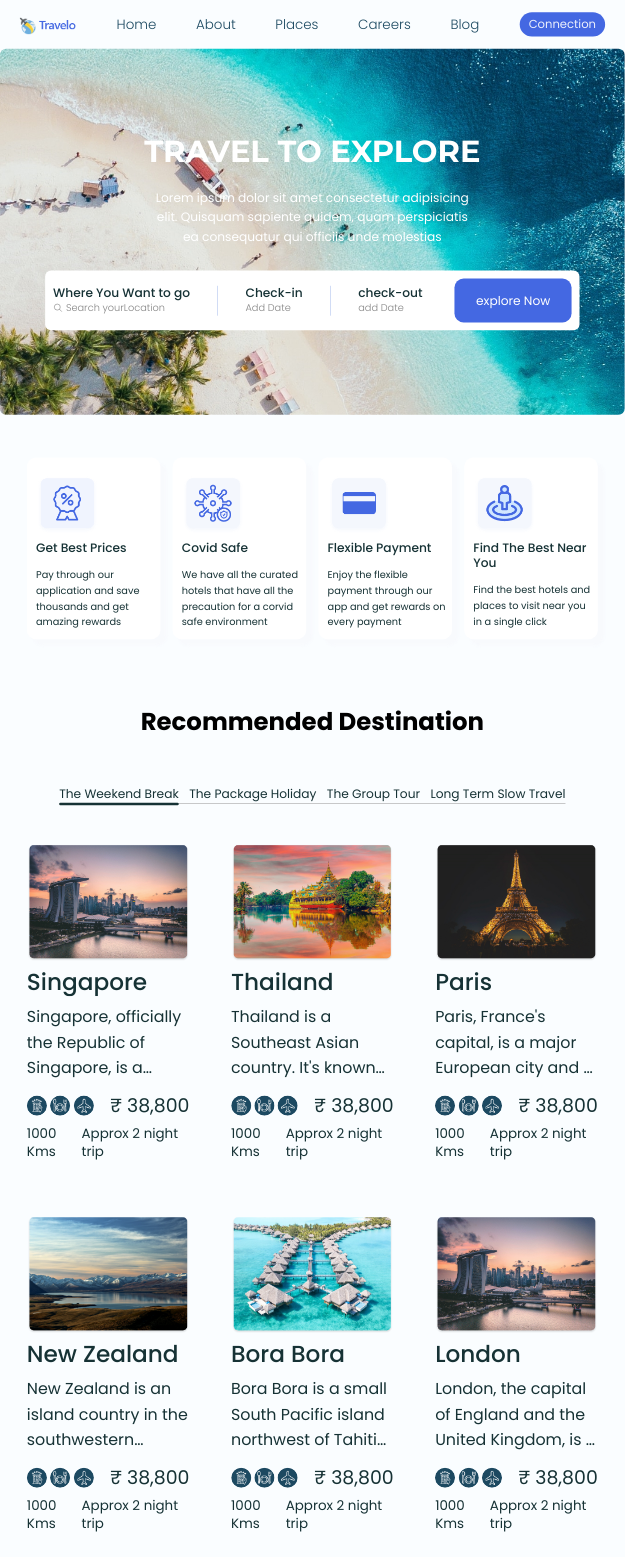
Repository: kuluong2000/travel
Page: index.html
An editor plug-in stored every save of this project. The page is shown before and after the next save, followed by the edit.
The browser window is 1024 px wide. The pictures show the whole page, at 61% of full size.
The style sheet was rebuilt from its Sass, Less or Tailwind sources for each picture, by a compiler version that may differ from the author's.

Above is the page before, as saved 2021-09-09 22:03:26.

### index.html
<!DOCTYPE html>
<html lang="en">
  <head>
    <meta charset="UTF-8" />
    <meta http-equiv="X-UA-Compatible" content="IE=edge" />
    <meta name="viewport" content="width=device-width, initial-scale=1.0" />
    <link rel="stylesheet" href="./libs/css/bootstrap.min.css" />
    <link rel="stylesheet" href="./libs/css/animate.css" />
    <link rel="stylesheet" href="./libs/css/slick-theme.css" />
    <link rel="stylesheet" href="./libs/css/slick.css" />
    <link rel="stylesheet" href="./assets/css/reset.css" />
    <link rel="stylesheet" href="./assets/css/style.css" />
    <link rel="stylesheet" href="./assets/css/responsive.css" />
    <title>Document</title>
  </head>
  <body>
    <header class="header">
      <div class="container">
        <div class="row">
          <div class="header__main">
            <div class="header__logo">
              <a href="/">
                <img src="./assets/image/logo.png" alt="" srcset="" />
              </a>
            </div>
            <div class="sub-menu">
              <div class="line1"></div>
              <div class="line2"></div>
              <div class="line3"></div>
            </div>
            <nav>
              <ul class="header__menu">
                <li class="header__menu__item">
                  <a class="header__mennu__item__link" href="/">Home</a>
                </li>
                <li class="header__menu__item">
                  <a class="header__mennu__item__link" href="/">About</a>
                </li>
                <li class="header__menu__item">
                  <a class="header__mennu__item__link" href="/">Places</a>
                </li>
                <li class="header__menu__item">
                  <a class="header__mennu__item__link" href="/">Careers</a>
                </li>
                <li class="header__menu__item">
                  <a class="header__mennu__item__link" href="/">Blog</a>
                </li>
              </ul>
            </nav>
            <a href="#" class="header__conn"> Connection </a>
          </div>
        </div>
      </div>
    </header>
    <main>
      <section class="banner">
        <div class="container">
          <div class="row">
            <div class="banner__main">
              <div class="banner__main__top">
                <h1 class="banner__main__title">Travel To explore</h1>
                <p class="banner__main__desc">Lorem ipsum dolor sit amet consectetur adipisicing elit. Quisquam sapiente quidem, quam perspiciatis ea consequatur qui officiis unde molestias</p>
              </div>
              <div class="banner__main__bottom">
                <div class="banner__main_list">
                  <div class="banner__main__item">
                    <h4 class="banner__main__item__caption">Where You Want to go</h4>
                    <a href="/" class="banner__main__item__desc">
                      <ion-icon name="search-outline" class="banner__main__item__desc--icon"> </ion-icon>
                      <p>Search yourLocation</p>
                    </a>
                  </div>
                  <div class="banner__main__item">
                    <h4 class="banner__main__item__caption">Check-in</h4>
                    <a href="/" class="banner__main__item__desc">Add Date</a>
                  </div>
                  <div class="banner__main__item">
                    <h4 class="banner__main__item__caption">check-out</h4>
                    <a href="/" class="banner__main__item__desc">add Date</a>
                  </div>
                </div>
                <a href="/" class="banner__btn"> explore Now</a>
              </div>
            </div>
          </div>
        </div>
      </section>
      <section class="about">
        <div class="container">
          <div class="row">
            <div class="about__main">
              <div class="about__item">
                <img src="./assets/image/bestPrices.png" alt="" class="about__item--img" />
                <div class="about__item__info">
                  <h4 class="about__item--title">Get Best Prices</h4>
                  <p class="about__item--desc">Pay through our application and save thousands and get amazing rewards</p>
                </div>
              </div>
              <div class="about__item">
                <img src="./assets/image/covidSafe.png" alt="" class="about__item--img" />
                <div class="about__item__info">
                  <h4 class="about__item--title">Covid Safe</h4>
                  <p class="about__item--desc">We have all the curated hotels that have all the precaution for a corvid safe environment</p>
                </div>
              </div>

              <div class="about__item">
                <img src="./assets/image/payment.png" alt="" class="about__item--img" />
                <div class="about__item__info">
                  <h4 class="about__item--title">Flexible Payment</h4>
                  <p class="about__item--desc">Enjoy the flexible payment through our app and get rewards on every payment</p>
                </div>
              </div>
              <div class="about__item">
                <img src="./assets/image/nearYou.png" alt="" class="about__item--img" />
                <div class="about__item__info">
                  <h4 class="about__item--title">Find The Best Near You</h4>
                  <p class="about__item--desc">Find the best hotels and places to visit near you in a single click</p>
                </div>
              </div>
            </div>
          </div>
        </div>
      </section>
      <section class="destination">
        <div class="container">
          <div class="row">
            <h2 class="destination__title">Recommended Destination</h2>
            <div class="destination__menu">
              <ul class="nav nav-pills d-flex justify-content-between" id="pills-tab" role="tablist">
                <li class="nav-item destination__menu__item" role="presentation">
                  <button class="nav-link destination__menu__link active" id="pills-home-tab" data-bs-toggle="pill" data-bs-target="#pills-home" type="button" role="tab" aria-controls="pills-home" aria-selected="true">The Weekend Break</button>
                </li>
                <li class="nav-item destination__menu__item" role="presentation">
                  <button class="nav-link destination__menu__link" id="pills-profile-tab" data-bs-toggle="pill" data-bs-target="#pills-profile" type="button" role="tab" aria-controls="pills-profile" aria-selected="false">The Package Holiday</button>
                </li>
                <li class="nav-item destination__menu__item" role="presentation">
                  <button class="nav-link destination__menu__link" id="pills-contact-tab" data-bs-toggle="pill" data-bs-target="#pills-contact" type="button" role="tab" aria-controls="pills-contact" aria-selected="false">The Group Tour</button>
                </li>
                <li class="nav-item destination__menu__item" role="presentation">
                  <button class="nav-link destination__menu__link" id="pills-contact-tab" data-bs-toggle="pill" data-bs-target="#pills-contact" type="button" role="tab" aria-controls="pills-contact" aria-selected="false">
                    Long Term Slow Travel
                  </button>
                </li>
              </ul>
            </div>
            <div class="tab-content" id="pills-tabContent">
              <div class="tab-pane fade show active" id="pills-home" role="tabpanel" aria-labelledby="pills-home-tab">
                <div class="destination__cards">
                  <div class="destination__card">
                    <img src="./assets/image/Singapore.png" alt="" class="destination__card__img" />
                    <div class="destination__card__content">
                      <div class="destination__card__top">
                        <h4 class="destination__card__top__name">Singapore</h4>
                        <p class="destination__card__top__desc">Singapore, officially the Republic of Singapore, is a sovereign island city-state in maritime Southeast Asia.</p>
                      </div>
                      <div class="destination__card__bottom">
                        <div class="destination__card__bottom__service">
                          <div class="destination__card__bottom__service__img">
                            <img src="./assets/image/destination_icon1.png" alt="" />
                            <img src="./assets/image/destination_icon2.png" alt="" />
                            <img src="./assets/image/destination_icon3.png" alt="" />
                          </div>
                          <p class="destination__card__bottom__service__price"><span>₹ </span> 38,800</p>
                        </div>
                        <div class="destination__card__bottom__info">
                          <p>1000 <span>Kms</span></p>
                          <p>Approx 2 night trip</p>
                        </div>
                      </div>
                    </div>
                  </div>
                  <div class="destination__card">
                    <img src="./assets/image/Thailand.png" alt="" class="destination__card__img" />
                    <div class="destination__card__content">
                      <div class="destination__card__top">
                        <h4 class="destination__card__top__name">Thailand</h4>
                        <p class="destination__card__top__desc">Thailand is a Southeast Asian country. It's known for tropical beaches, opulent royal palaces.</p>
                      </div>
                      <div class="destination__card__bottom">
                        <div class="destination__card__bottom__service">
                          <div class="destination__card__bottom__service__img">
                            <img src="./assets/image/destination_icon1.png" alt="" />
                            <img src="./assets/image/destination_icon2.png" alt="" />
                            <img src="./assets/image/destination_icon3.png" alt="" />
                          </div>
                          <p class="destination__card__bottom__service__price"><span>₹ </span> 38,800</p>
                        </div>
                        <div class="destination__card__bottom__info">
                          <p>1000 <span>Kms</span></p>
                          <p>Approx 2 night trip</p>
                        </div>
                      </div>
                    </div>
                  </div>
                  <div class="destination__card">
                    <img src="./assets/image/Paris.png" alt="" class="destination__card__img" />
                    <div class="destination__card__content">
                      <div class="destination__card__top">
                        <h4 class="destination__card__top__name">Paris</h4>
                        <p class="destination__card__top__desc">Paris, France's capital, is a major European city and a global center for art, fashion, gastronomy and culture.</p>
                      </div>
                      <div class="destination__card__bottom">
                        <div class="destination__card__bottom__service">
                          <div class="destination__card__bottom__service__img">
                            <img src="./assets/image/destination_icon1.png" alt="" />
                            <img src="./assets/image/destination_icon2.png" alt="" />
                            <img src="./assets/image/destination_icon3.png" alt="" />
                          </div>
                          <p class="destination__card__bottom__service__price"><span>₹ </span> 38,800</p>
                        </div>
                        <div class="destination__card__bottom__info">
                          <p>1000 <span>Kms</span></p>
                          <p>Approx 2 night trip</p>
                        </div>
                      </div>
                    </div>
                  </div>
                  <div class="destination__card">
                    <img src="./assets/image/New Zealand.png" alt="" class="destination__card__img" />
                    <div class="destination__card__content">
                      <div class="destination__card__top">
                        <h4 class="destination__card__top__name">New Zealand</h4>
                        <p class="destination__card__top__desc">New Zealand is an island country in the southwestern Pacific Ocean. It consists of two main landmasses.</p>
                      </div>
                      <div class="destination__card__bottom">
                        <div class="destination__card__bottom__service">
                          <div class="destination__card__bottom__service__img">
                            <img src="./assets/image/destination_icon1.png" alt="" />
                            <img src="./assets/image/destination_icon2.png" alt="" />
                            <img src="./assets/image/destination_icon3.png" alt="" />
                          </div>
                          <p class="destination__card__bottom__service__price"><span>₹ </span> 38,800</p>
                        </div>
                        <div class="destination__card__bottom__info">
                          <p>1000 <span>Kms</span></p>
                          <p>Approx 2 night trip</p>
                        </div>
                      </div>
                    </div>
                  </div>
                  <div class="destination__card">
                    <img src="./assets/image/Bora Bora.png" alt="" class="destination__card__img" />
                    <div class="destination__card__content">
                      <div class="destination__card__top">
                        <h4 class="destination__card__top__name">Bora Bora</h4>
                        <p class="destination__card__top__desc">Bora Bora is a small South Pacific island northwest of Tahiti in French Polynesia. Surrounded by sand.</p>
                      </div>
                      <div class="destination__card__bottom">
                        <div class="destination__card__bottom__service">
                          <div class="destination__card__bottom__service__img">
                            <img src="./assets/image/destination_icon1.png" alt="" />
                            <img src="./assets/image/destination_icon2.png" alt="" />
                            <img src="./assets/image/destination_icon3.png" alt="" />
                          </div>
                          <p class="destination__card__bottom__service__price"><span>₹ </span> 38,800</p>
                        </div>
                        <div class="destination__card__bottom__info">
                          <p>1000 <span>Kms</span></p>
                          <p>Approx 2 night trip</p>
                        </div>
                      </div>
                    </div>
                  </div>
                  <div class="destination__card">
                    <img src="./assets/image/London.png" alt="" class="destination__card__img" />
                    <div class="destination__card__content">
                      <div class="destination__card__top">
                        <h4 class="destination__card__top__name">London</h4>
                        <p class="destination__card__top__desc">London, the capital of England and the United Kingdom, is a 21st-century city with history stretching.</p>
                      </div>
                      <div class="destination__card__bottom">
                        <div class="destination__card__bottom__service">
                          <div class="destination__card__bottom__service__img">
                            <img src="./assets/image/destination_icon1.png" alt="" />
                            <img src="./assets/image/destination_icon2.png" alt="" />
                            <img src="./assets/image/destination_icon3.png" alt="" />
                          </div>
                          <p class="destination__card__bottom__service__price"><span>₹ </span> 38,800</p>
                        </div>
                        <div class="destination__card__bottom__info">
                          <p>1000 <span>Kms</span></p>
                          <p>Approx 2 night trip</p>
                        </div>
                      </div>
                    </div>
                  </div>
                </div>
              </div>
              <div class="tab-pane fade" id="pills-profile" role="tabpanel" aria-labelledby="pills-profile-tab">...</div>
              <div class="tab-pane fade" id="pills-contact" role="tabpanel" aria-labelledby="pills-contact-tab">...</div>
            </div>
          </div>
        </div>
      </section>
    </main>

    <script src="./libs/Js/jquery-3.5.1.slim.min.js"></script>
    <script type="module" src="https://unpkg.com/ionicons@5.5.2/dist/ionicons/ionicons.esm.js"></script>
    <script nomodule src="https://unpkg.com/ionicons@5.5.2/dist/ionicons/ionicons.js"></script>
    <script src="./libs/Js/bootstrap.min.js"></script>
    <script src="./libs/Js/slick.min.js"></script>
    <script src="./libs/Js/wow.js"></script>
    <script src="./assets/Js/main.js"></script>
  </body>
</html>

### assets/css/responsive.css

@media (min-width:1920px){
    .container{
        max-width: 1804px;
    }
}
@media (min-width:1400px) and (max-width:1919px){
    .about {
        padding: 115px 0px;
    }
    .about__main {
        grid-column-gap: 30px;

    }
    .about__item {
      padding: 29px 30px 25px 26px;
    }

    /* destination */
    .destination {
         padding: 70px 0;
    }
    .destination__cards {
        grid-gap: 90px 55px;

    }
    .destination__card__top__desc {
        font-size: 24px
    }
    .destination__card__bottom__service__price {
        font-size: 27px;
    }
}
@media (min-width:1200px) and (max-width:1399px){
    .about {
        padding: 100px 0px;
    }
    .about__main {
        grid-column-gap: 30px;
    }

    .about__item--desc {
      font-size: 18px;
    }
    .about__item:first-child {
        padding: 20px 23px 13px 20px;
    }
    .about__item:nth-child(2) {
        padding: 29px 10px 25px 20px;
    }
    .about__item:nth-child(3) {
     padding: 29px 14px 25px 20px;
    }
    .about__item:last-child {
        padding: 29px 20px 10px 20px;
    }
    /* destinaton */
    .destination {
        padding: 50px 0;
    }
    .destination__menu {
         width: 990px;
    }
    .destination__menu__link {
        font-size: 22px;
    }
    .destination__cards {
        grid-gap: 90px 50px;
    }
    .destination__card__top__name {
         font-size: 35px;
    }
    .destination__card__top__desc {
        font-size: 22px;
    }
    .destination__card__bottom__service__img img {
        width: 30px;
        height: 30px;
    }
    .destination__card__bottom__service__price {
         font-size: 25px;
    }
    .destination__card__bottom__info {
        font-size: 20px;
    }
}
@media (min-width:992px) and (max-width:1199px){
    .header__menu__item:not(:first-child) {
        margin-left: 65px;
    }
    .about {
        padding: 70px 0;
    }
    .about__main {

        grid-column-gap: 20px;
    }
    .about__item:first-child,
    .about__item:nth-child(2),
    .about__item:nth-child(3),
    .about__item:last-child {
        padding: 29px 10px 15px 15px;
    }
    .about__item--desc {
        font-size: 16px;
    }
    .about__item--title {
        font-size: 20px;
    }
    /* destination */
    .destination {
        padding: 40px 0;
    }
    .destination__menu {
        width: 830px;
    }
    .destination__menu__link {

        font-size: 20px;

    }
}
@media (min-width:768px) and (max-width:991px){
    .header__menu__item:not(:first-child) {
        margin-left: 25px;
    }
    .header__conn {

        font-size: 16px;
        padding: 3px 10px;
    }
    /* banner */
    .header__mennu__item__link {
        font-size: 20px;
    }
    .banner {
        min-height: 450px;
    }
    .banner__main__item:not(:last-child) {
        margin-right: 15px;
        padding-right: 10px;
    }
    .banner__main__title {
        font-size: 30px;
    }
    .banner__main__desc {
        width: 70%;
        margin-bottom: 20px;
    }
    .banner__main__bottom {
        width: 85%;
        padding: 13px;
        margin: 0 auto;
    }
    .banner__btn {
        padding: 10px 15px;
    }
    .banner__main__item__caption {
        font-size: 18px;
    }
    /* about */
    .about {
         padding: 50px;
    }
    .about__main {
        grid-template-columns: repeat(2, 1fr);
        grid-column-gap: 30px;
        grid-row-gap: 30px;
    }

    .about__item:first-child {
        padding: 29px 30px 21px 26px;
    }

    .about__item:nth-child(2) {
        padding: 29px 18px 25px 15px;
    }
    .about__item--title {
         font-size: 20px;
      }
}
@media  (max-width:767px){
    .container{
        max-width: 100%;
        padding: 0 1.5%;
        margin:0 ;
    }

    .header__main {
        padding: 10px;
    }
    .header__menu {
        position: absolute;
        flex-direction: column;
        background: #1C4961;
        width: 100%;
        height: 100vh;
        left: 0;
        top: 50px;
        transition: 0.5s ;
        transform: translateX(-100%);
        justify-content: unset;
        z-index: 999;
    }
    .header__menu.active{
        transform: translateX(0);
    }
    .header__mennu__item__link {
        color: white;;
    }
    .sub-menu{
        display: block;
        left: 90%;
        top: 50%;
        transform: translate(-50%,-50%);
    }
    .header__menu__item:not(:first-child) {
        margin-left: 0;
    }
    .header__menu__item{
        margin-top: 30px;
    }
    .header__conn {
        font-size: 14px;
        position: absolute;
        padding: 3px 10px;
        right: 20%;
    }
    /* banner */
    .banner {
         min-height: 40vh;
    }
    .banner__main__bottom {
         display: none;
    }
    .banner__main__title {
        font-size: 5vw;
    }
    .banner__main__desc {
        width: 90vw;
        margin-bottom: 20px;
        font-size: 3vw;
    }
    /* about */
    .about {
        padding: 40px 0;
    }
    .about__main {
        grid-template-columns: repeat(1, 1fr);
        grid-row-gap: 10px;
    }
    .about__item--img {
        width: 70px;
        height: auto;
    }
    .about__item--title {
        font-size: 18px;
        margin-bottom: 10px;
    }
    .about__item--desc {
         font-size: 16px;
    }
    .about__item:first-child,
    .about__item:nth-child(2),
    .about__item:nth-child(3),
    .about__item:last-child {
        padding: 25px 10px 15px 20px;
    }

}

### assets/sass/style.scss
@import "global";
@import "variable";
@import "header";
@import "banner";
@import "about";
@import "destination";

### assets/sass/_global.scss
@import url('https://fonts.googleapis.com/css2?family=Montserrat:wght@300;400;500;600;700;800;900&family=Poppins:wght@300;400;500;600;700;800;900&display=swap');
*{
    padding: 0;
    margin: 0;
    box-sizing: border-box;
}
body{
    font-family: 'Poppins', sans-serif;
    line-height: 1.6;
    font-size: 20px;
    // background-color: rgb(247,248,252);
    background-color: #FAFDFF;
    color: #163235;
}

### assets/sass/_variable.scss
$color-white:#FFFFFF;
$color-dark-blue:#1C4961;

$color-blue:#4468E2;
$color-light-blue:#E1E8F8;
$color-black:#000000;
$color-text:#163235;
$color-gray:#848484

Loaded but not shown: libs/css/bootstrap.min.css (library); libs/css/animate.css (library); libs/css/slick-theme.css (library); libs/css/slick.css (common file); libs/Js/jquery-3.5.1.slim.min.js (library); libs/Js/bootstrap.min.js (library); libs/Js/slick.min.js (library); libs/Js/wow.js (library); assets/Js/main.js (6 lines, source omitted); assets/sass/_destination.scss (116 lines, source omitted); assets/sass/_header.scss (84 lines, source omitted); assets/sass/_banner.scss (84 lines, source omitted); assets/css/reset.css (60 lines, source omitted); assets/sass/_about.scss (50 lines, source omitted)

After the next save:
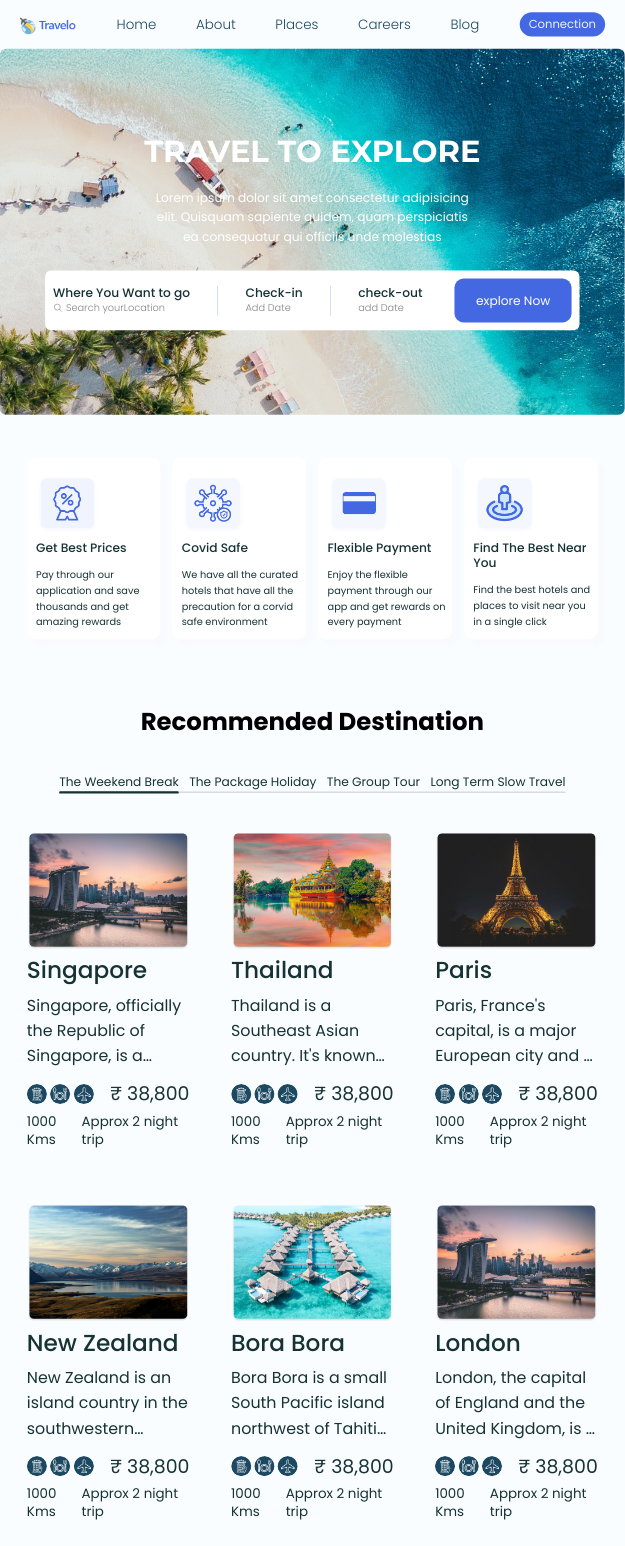
Saved 33 s later.
--- a/assets/css/responsive.css
+++ b/assets/css/responsive.css
@@ -111,13 +111,14 @@
     .destination {
         padding: 40px 0;
     }
+    .destination__title {
+        margin-bottom: 60px;
+    }
     .destination__menu {
         width: 830px;
     }
     .destination__menu__link {
-
-        font-size: 20px;
-
+        font-size: 20px;
     }
 }
 @media (min-width:768px) and (max-width:991px){
